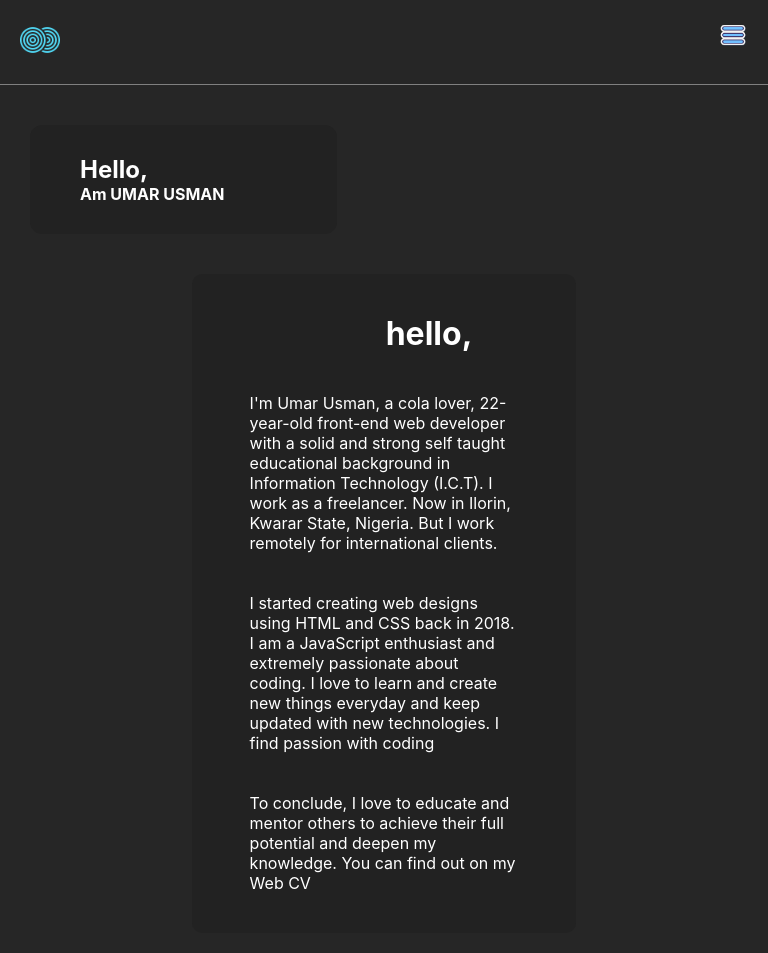
Repository: uh-sman/Portfolio
Page: /
The author's editor kept a copy of each file at every save. The page is drawn from the files as they stood at one save, then again after the next save.
The browser window is 768 px wide. The pictures show the whole page.
The project was rebuilt for these pictures with package versions that can differ from the ones it lists, and the page was loaded fresh each time. Also part of the build but not shown: src/components/repositories.css, src/components/repositories.js, src/components/RepositoriesCard.jsx, src/components/projects.css, src/components/Projects.jsx, src/components/services.css, src/components/Services.jsx.

Above is the page before, as saved 2022-11-28 04:55:52.

After the next save:
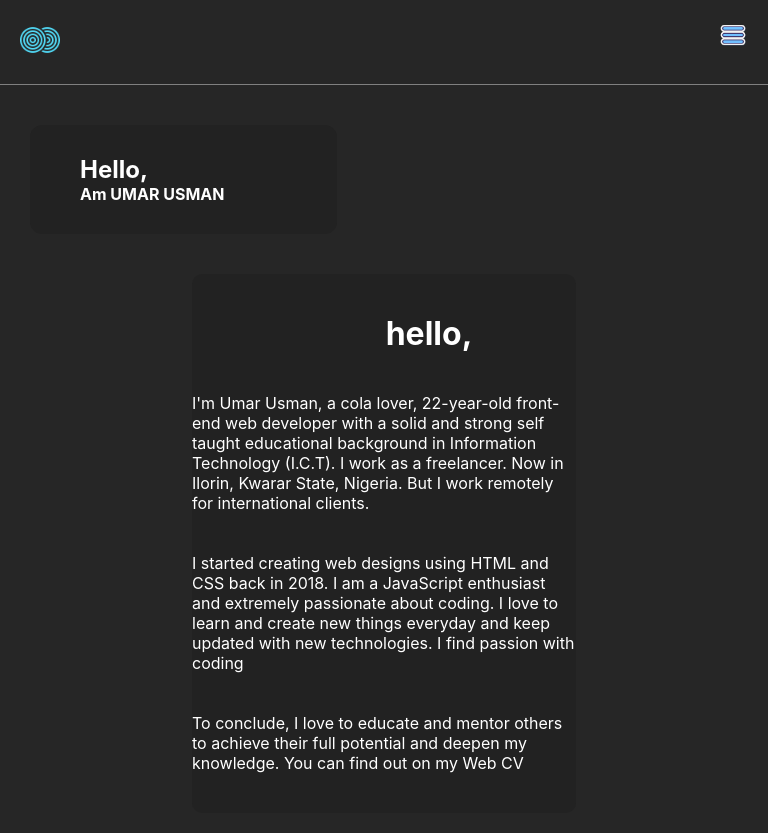
Saved 64 s later.
--- a/src/components/about.css
+++ b/src/components/about.css
@@ -52,4 +52,7 @@
   .introduction {
     width: 40%;
   }
+  .text-section {
+    width: 100%;
+  }
 }

After the save that followed:
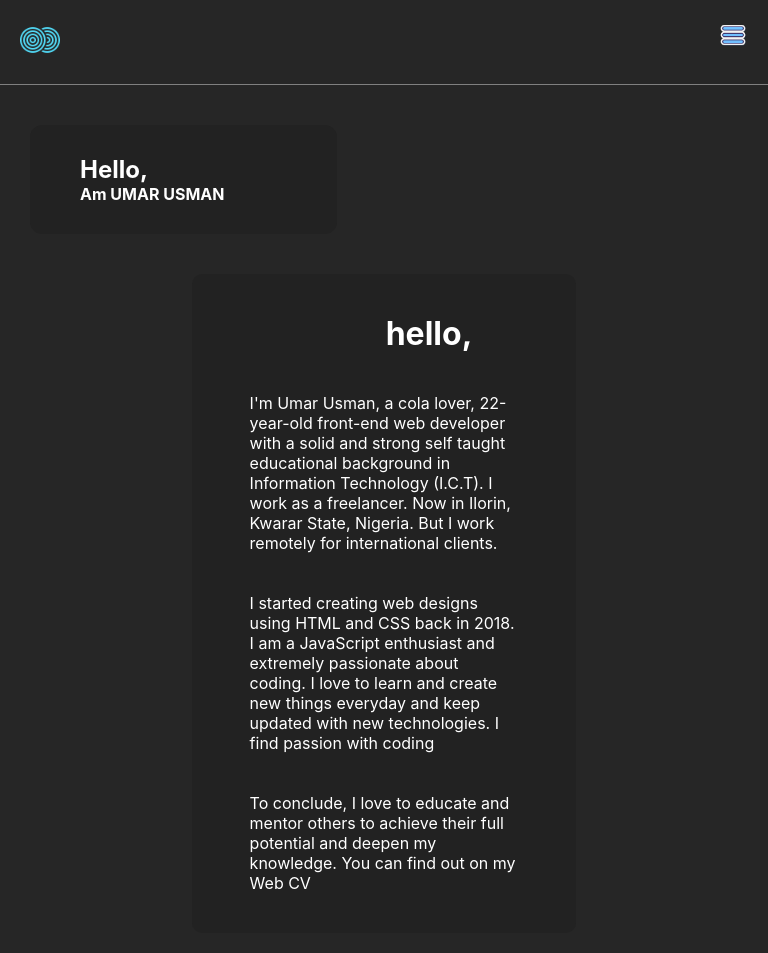
Saved 9 s later.
--- a/src/components/about.css
+++ b/src/components/about.css
@@ -52,7 +52,4 @@
   .introduction {
     width: 40%;
   }
-  .text-section {
-    width: 100%;
-  }
 }
